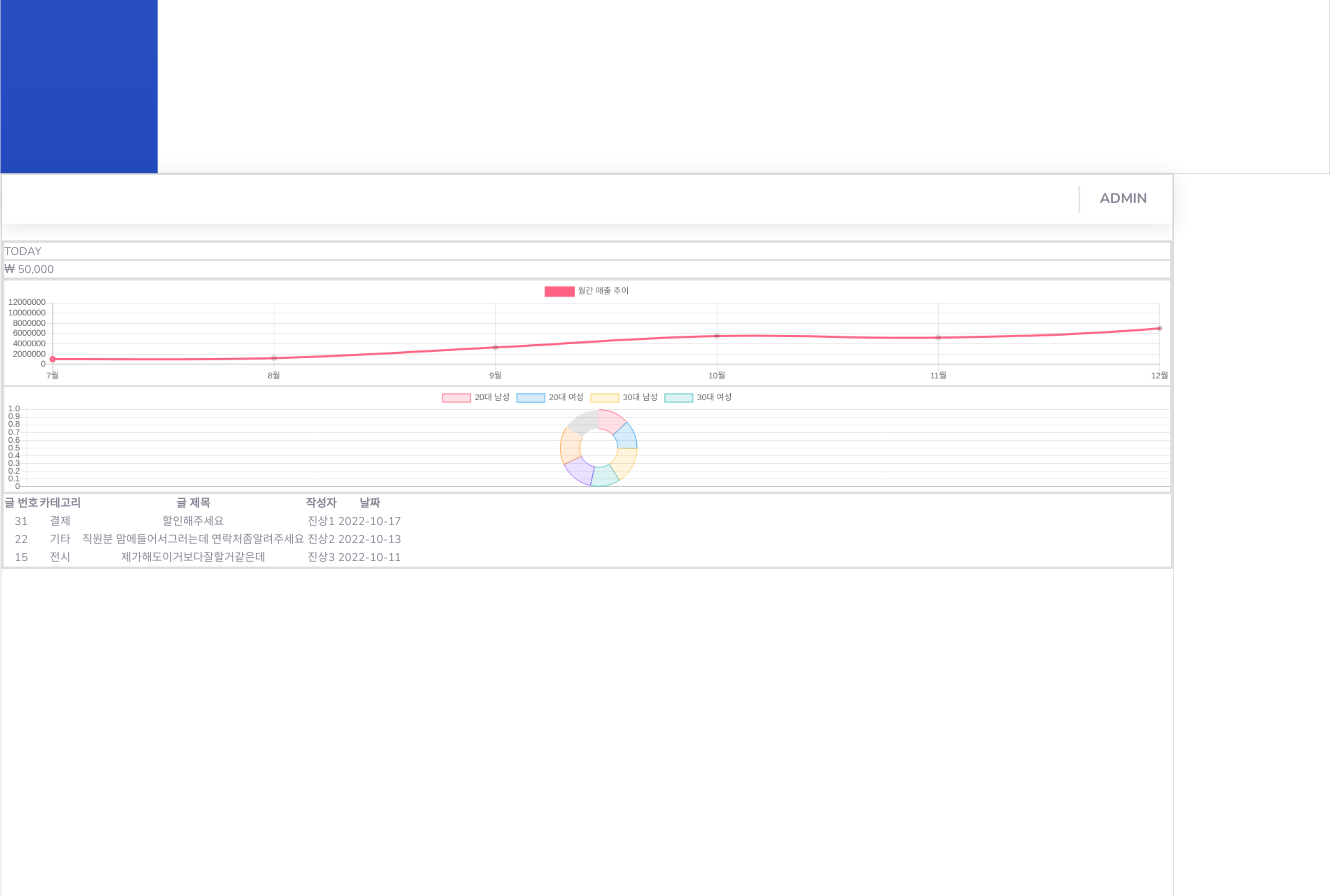
Repository: pshysd/SEMI_PROJECT
Page: http://localhost/JVArtCenter/views/admin/adminMain.jsp
An editor plug-in stored every save of this project. The page is shown before and after the next save, followed by the edit.
The browser window is 1280 px wide. The page is 1900 px wide, so the pictures cover 1900 px, including what lies to the right of the window. The pictures show the part of the page from y = 2151 to 3431 px (the page is 4797 px tall), at 70% of full size.
Some web libraries are served in a nearby version. The page is served by Tomcat 9. Nobody is signed in. The application's start-up code is not run.

Above is the page before, as saved 2022-10-27 07:50:43.
Console error: TypeError: Cannot read properties of null (reading 'length')

After the next save:
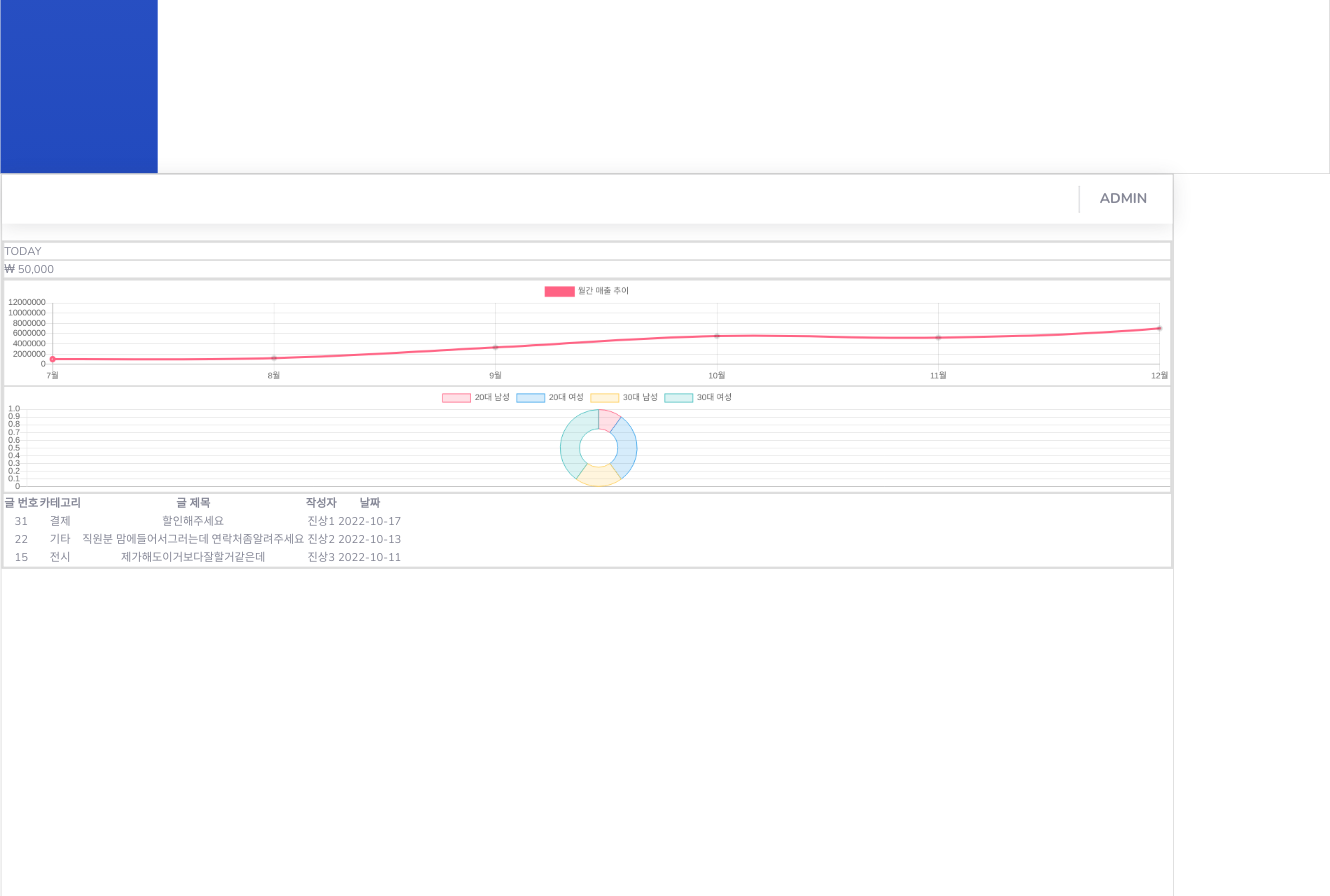
Saved 3 min 14 s later.
--- a/JVArtCenter/WebContent/views/admin/adminMain.jsp
+++ b/JVArtCenter/WebContent/views/admin/adminMain.jsp
@@ -144,7 +144,7 @@ div {
 								datasets : [ { //데이터
 									label : '성별별 예매율', //차트 제목
 									fill : false, // line 형태일 때, 선 안쪽을 채우는지 안채우는지
-									data : [ 21, 19, 25, 20, 23, 26, 25 //x축 label에 대응되는 데이터 값
+									data : [ 10, 30, 20, 40 //x축 label에 대응되는 데이터 값
 									],
 									backgroundColor : [
 									//색상
@@ -218,7 +218,8 @@ div {
 						</table>
 					</div>
 				</div>
-				</div>
+
+			</div>
 			<!-- content 영역 끝 -->
 		</div>
 		<!-- End of Content Wrapper -->
